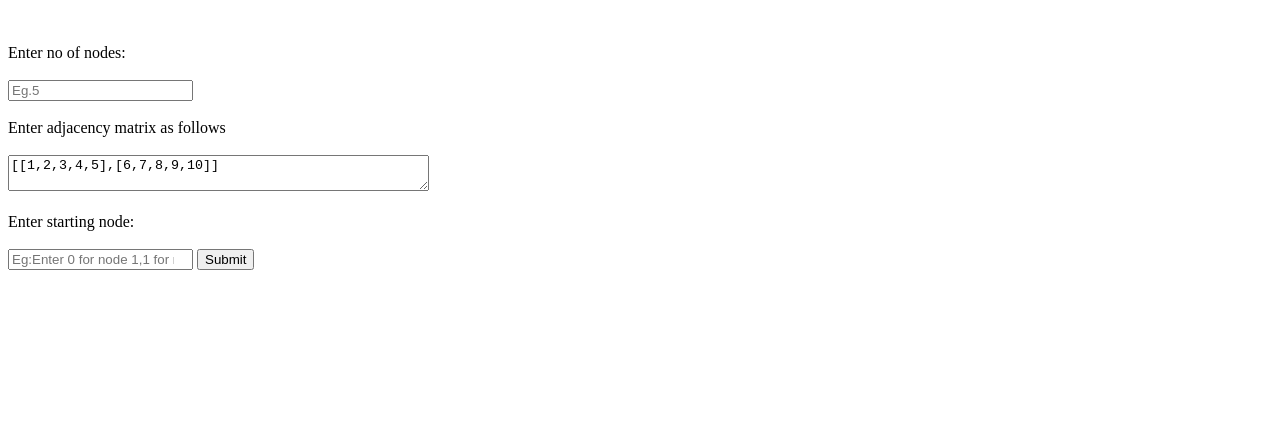
Repository: vinaybabu3962/ALGORITHMIC-TOOLBOX
Page: DAA_WT/webapp/Dijkstras.html
An editor plug-in stored every save of this project. The page is shown before and after the next save, followed by the edit.
The browser window is 1280 px wide. The pictures show the whole page.

Above is the page before, as saved 2021-07-04 10:01:46.

After the next save:
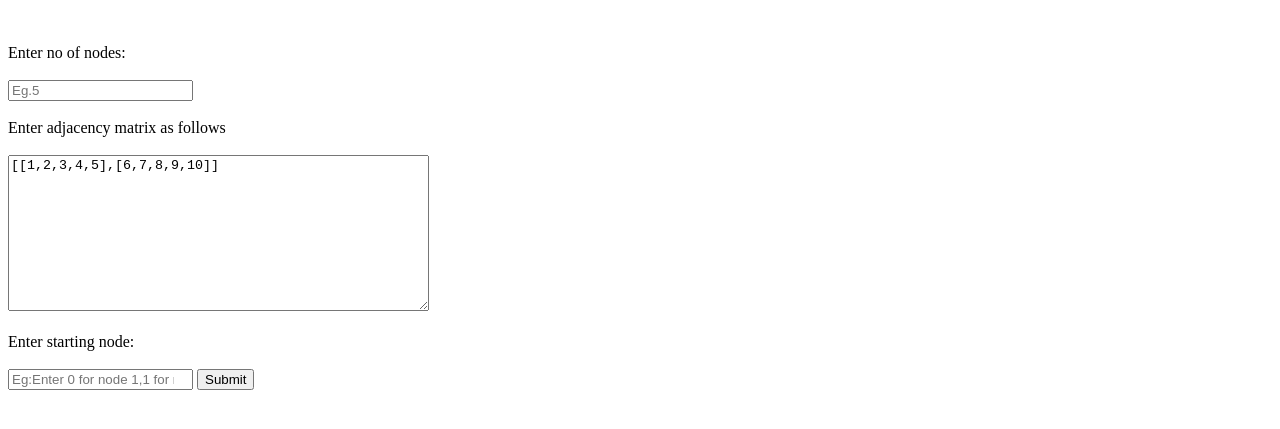
Saved 23 min 2 s later.
--- a/DAA_WT/webapp/Dijkstras.html
+++ b/DAA_WT/webapp/Dijkstras.html
@@ -12,7 +12,7 @@
 <br><br>
 Enter adjacency matrix as follows
 <br><br>
-<textarea id="w3review" name="matrix" placeholder="Eg:[[1,2,3,4,5]+"\n"+[6,7,8,9,10]]"rows="10" cols="50">[[1,2,3,4,5],[6,7,8,9,10]]</textarea>
+<textarea id="w3review" name="matrix" rows="10" cols="50">[[1,2,3,4,5],[6,7,8,9,10]]</textarea>
 <br><br>
 Enter starting node:
 <br><br>
